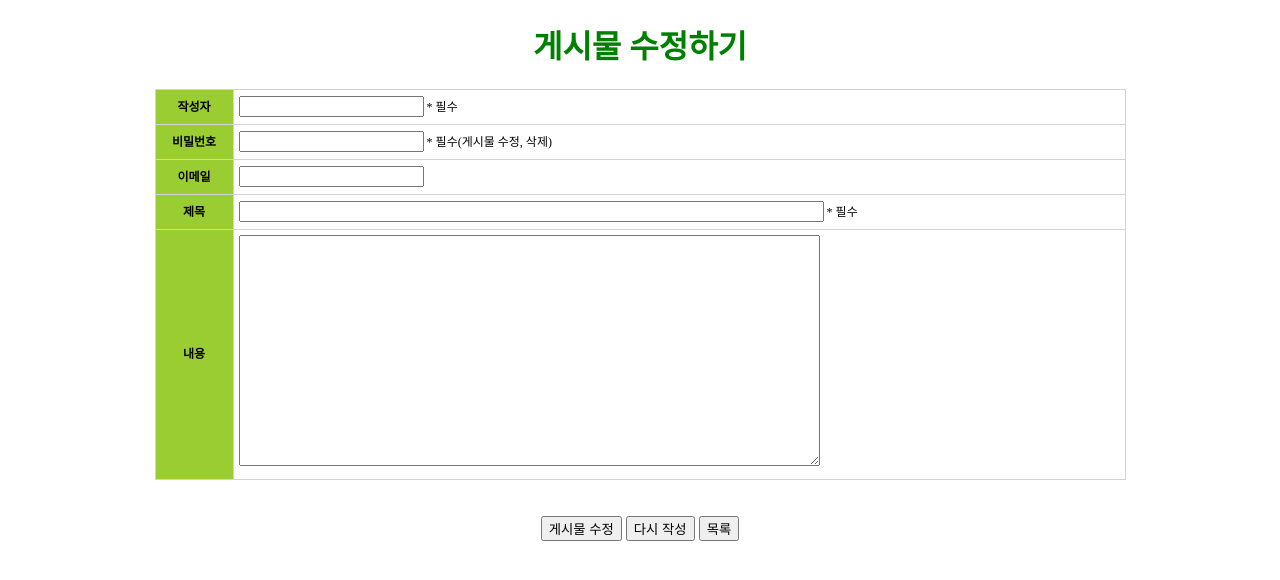
Repository: angwanghyeon/eclipse
Page: http://localhost/sec11/board/boardView.jsp
An editor plug-in stored every save of this project. The page is shown before and after the next save, followed by the edit.
The browser window is 1280 px wide. The pictures show the whole page.
The page is served by Tomcat 9.

Above is the page before, as saved 2023-09-06 03:21:28.

After the next save:
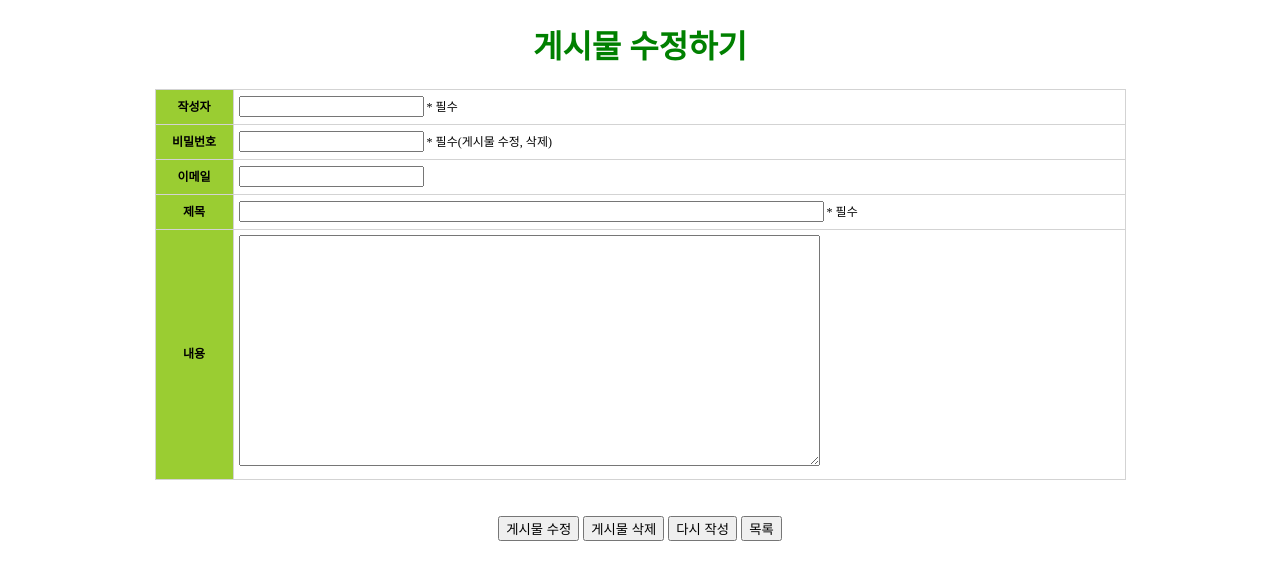
Saved 22 s later.
--- a/sec11/src/main/webapp/board/boardView.jsp
+++ b/sec11/src/main/webapp/board/boardView.jsp
@@ -39,6 +39,7 @@
 		 </table>
 		 <br><br>
 		 <input type="submit" value="게시물 수정" onclick="return boardCheck()">
+		 <input type="button" value="게시물 삭제">
 		 <input type="reset" value="다시 작성">
 		 <input type="button" value="목록"
 		 onclick="location.href='BoardServlet?command=board_list'">
